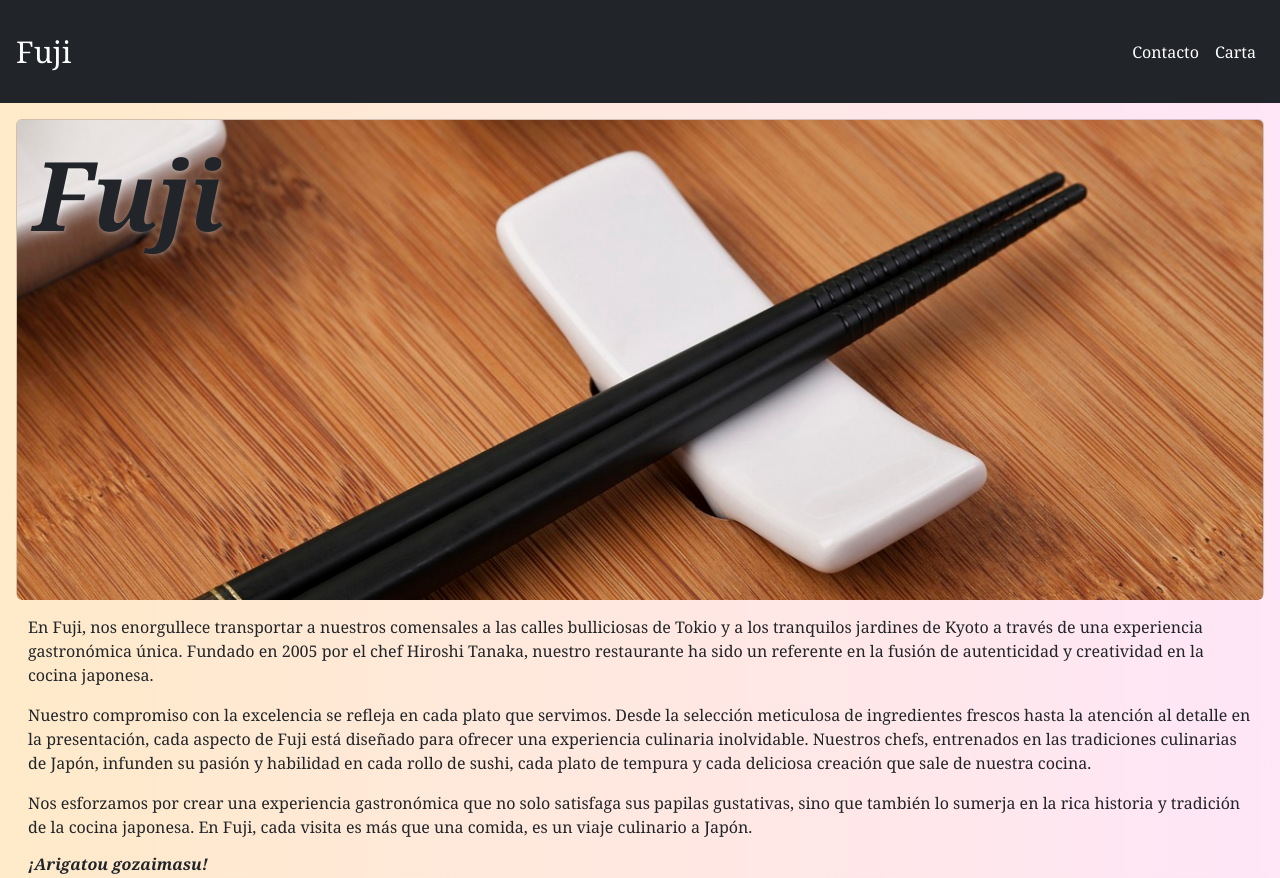
Repository: aipacheco/Fuji-restaurante
Page: index.html
An editor plug-in stored every save of this project. The page is shown before and after the next save, followed by the edit.
The browser window is 1280 px wide. The pictures show the part of the page from y = 0 to 878 px (the page is 1337 px tall).
A picture or video elsewhere on the page could not be fetched, so the positions and the page height are approximate. Some web libraries are served in a nearby version.

Above is the page before, as saved 2024-01-29 18:20:20.

### index.html
<!DOCTYPE html>
<html lang="en">
  <head>
    <meta charset="UTF-8" />
    <meta name="viewport" content="width=device-width, initial-scale=1.0" />

    <link
      href="https://cdn.jsdelivr.net/npm/bootstrap@5.3.2/dist/css/bootstrap.min.css"
      rel="stylesheet"
      integrity="sha384-T3c6CoIi6uLrA9TneNEoa7RxnatzjcDSCmG1MXxSR1GAsXEV/Dwwykc2MPK8M2HN"
      crossorigin="anonymous"
    />
    <link rel="stylesheet" href="./css/styles.css" />
    <title>Restaurante Fuji</title>
  </head>

  <body>
    <!-- Navbar -->
    <nav class="navbar navbar-expand-lg bg-dark" data-bs-theme="dark">
      <a class="navbar-brand d-flex align-items-center m-3" href="./index.html">
        <span id="icon">Fuji</span>
      </a>

      <button
        class="navbar-toggler m-3"
        type="button"
        data-toggle="collapse"
        data-target="#navbarNavDropdown"
        aria-controls="navbarNavDropdown"
        aria-expanded="false"
        aria-label="Toggle navigation"
      >
        <span class="navbar-toggler-icon"></span>
      </button>

      <div
        class="collapse navbar-collapse justify-content-end m-3"
        id="navbarNavDropdown"
      >
        <ul class="navbar-nav align-items-center">
          <li class="nav-item active m-2">
            <a href="/contact.html">Contacto</a>
          </li>
          <li class="nav-item active m-2">
            <a href="/menu.html">Carta</a>
          </li>
        </ul>
      </div>
    </nav>

    <div class="card img-restaurante m-3">
      <img
        src="./img/restaurante.jpg"
        class="card-img img-restaurante"
        alt="..."
      />
      <div class="card-img-overlay">
        <h1 class="card-title jumbotron"><i>Fuji</i></h1>
      </div>
    </div>

    <div class="row d-flex justify-content-center m-3">
      <p>
        En Fuji, nos enorgullece transportar a nuestros comensales a las
        calles bulliciosas de Tokio y a los tranquilos jardines de Kyoto a
        través de una experiencia gastronómica única. Fundado en 2005 por el
        chef Hiroshi Tanaka, nuestro restaurante ha sido un referente en la
        fusión de autenticidad y creatividad en la cocina japonesa.
      </p>

      <p>
        Nuestro compromiso con la excelencia se refleja en cada plato que
        servimos. Desde la selección meticulosa de ingredientes frescos hasta la
        atención al detalle en la presentación, cada aspecto de Fuji
        está diseñado para ofrecer una experiencia culinaria inolvidable.
        Nuestros chefs, entrenados en las tradiciones culinarias de Japón,
        infunden su pasión y habilidad en cada rollo de sushi, cada plato de
        tempura y cada deliciosa creación que sale de nuestra cocina.
      </p>

      <p>
        Nos esforzamos por crear una experiencia gastronómica que no solo
        satisfaga sus papilas gustativas, sino que también lo sumerja en la rica
        historia y tradición de la cocina japonesa. En Fuji, cada visita
        es más que una comida, es un viaje culinario a Japón.
      </p>

      <h6><strong><i>¡Arigatou gozaimasu!</i></strong></h6>
    </div>


    <div class="row d-flex justify-content-center text-center m-3">
      <div class="col-12 col-md-6 col-lg-4">
        <div class="card">
          <img
            src="https://images.pexels.com/photos/12032526/pexels-photo-12032526.jpeg?auto=compress&cs=tinysrgb&w=1260&h=750&dpr=1"
            class="card-img-top"
            alt="..."
          />
          <div class="card-body">
            <p class="card-text">
              Descubre la elegancia y autenticidad en cada rincón de nuestro
              restaurante japonés, donde cuidamos cada detalle para que disfrutes toda la experiencia.
            </p>
          </div>
        </div>
      </div>

      <div class="col-12 col-md-6 col-lg-4">
        <div class="card">
          <img
            src="https://images.pexels.com/photos/6249501/pexels-photo-6249501.jpeg"
            class="card-img-top"
            alt="..."
          />
          <div class="card-body">
            <p class="card-text">
              Sumérgete en la frescura y exquisitez del sashimi, una experiencia
              única para los amantes del pescado crudo.
            </p>
          </div>
        </div>
      </div>
      <div class="col-12 col-md-6 col-lg-4">
        <div class="card">
          <img
            src="https://images.pexels.com/photos/4071381/pexels-photo-4071381.jpeg?auto=compress&cs=tinysrgb&w=1260&h=750&dpr=1"
            class="card-img-top"
            alt="..."
          />
          <div class="card-body">
            <p class="card-text">
              Descubre la armonía de sabores en cada bocado, preparados con
              maestría por nuestros chefs expertos.
            </p>
          </div>
        </div>
      </div>
    </div>

    <script src="https://code.jquery.com/jquery-3.2.1.slim.min.js"></script>
    <script src="https://cdnjs.cloudflare.com/ajax/libs/popper.js/1.12.9/umd/popper.min.js"></script>
    <script src="https://maxcdn.bootstrapcdn.com/bootstrap/4.0.0/js/bootstrap.min.js"></script>
  </body>
</html>

### css/styles.css
body {
  font-family: Georgia, "Times New Roman", Times, serif !important;
  margin: 0;
  padding: 0;
  background: rgb(255, 234, 201);
  background: linear-gradient(
    90deg,
    rgba(255, 234, 201, 1) 0%,
    rgba(255, 230, 248, 1) 100%
  );
  /* height: 100vh;
  width: 100vw; */
}
/* div {
  border: 1px solid red;
} */
nav a{
  text-decoration: none;
  color: white;
}
#icon {
  font-size: 1.5em;
}
.img-restaurante{
  max-height: 30em;
  width: auto;
  object-fit: cover;
}
textarea {
  resize: none !important;
}
.card {
  background-color: rgba(250, 235, 215, 0.212);
  transition: 0.5s;
}
.card:hover{
  box-shadow: 6px 5px 10px 1px rgba(0,0,0,0.75);
  transition: 0.5s;
}
.card-footer{
  background-color: rgb(255, 241, 241);

}
.card-title{
  font-weight: bold;
}
.jumbotron{
  font-size: 6em;
  text-shadow: 1px 1px 4px #ffffff4e, 1px 1px 15px #ededed4b;
}

.img-menu {
  max-height: 17em;
  width: auto;
  object-fit: cover;
}
.row-menu{
  margin-top: 1em;
  margin-bottom: 1em;
}
.answer{
  text-decoration: none;
  color: rgb(16, 16, 16);
}
iframe{

  height: 20em;
  padding: 0;
  margin: 0;
}

After the next save:
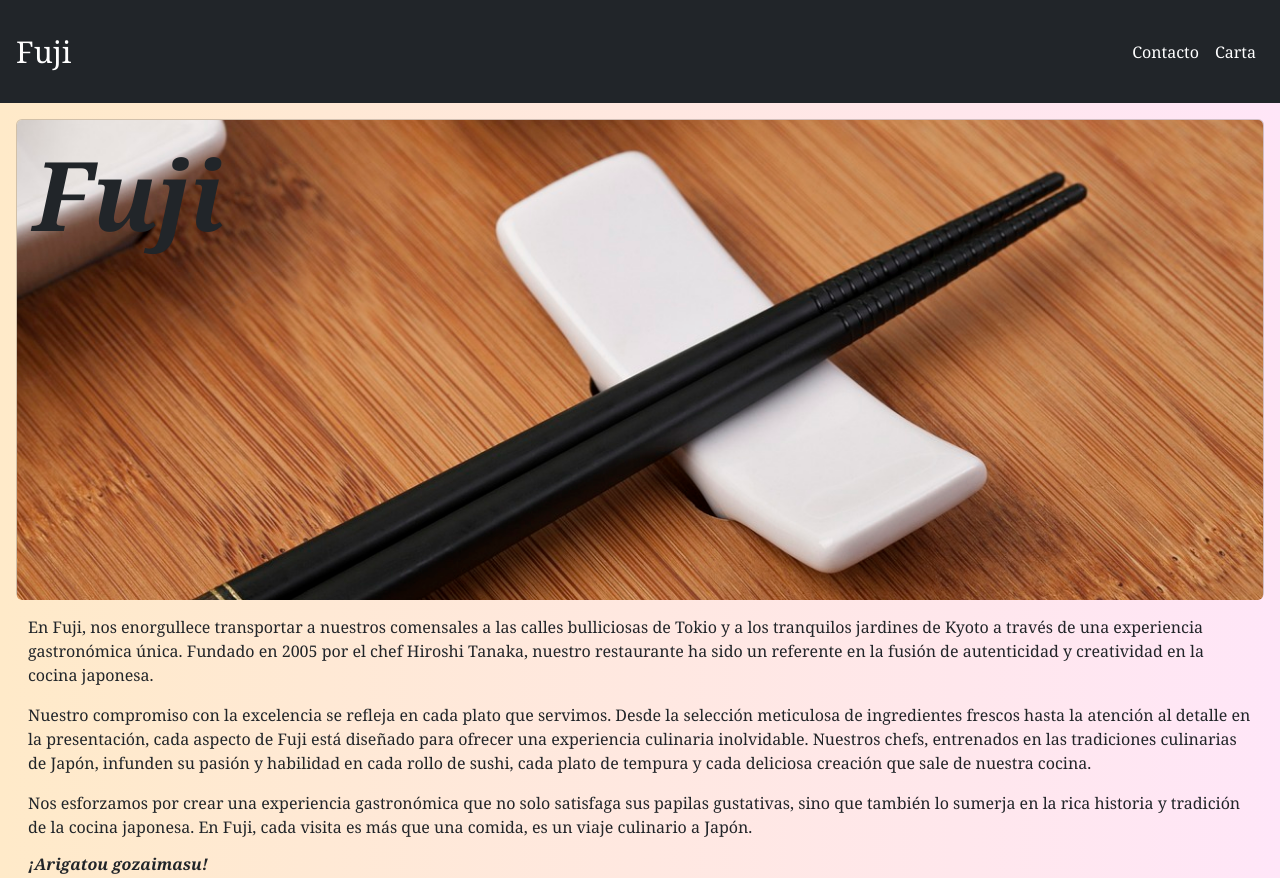
Saved 7 s later.
--- a/css/styles.css
+++ b/css/styles.css
@@ -46,7 +46,7 @@
 }
 .jumbotron{
   font-size: 6em;
-  text-shadow: 1px 1px 4px #ffffff4e, 1px 1px 15px #ededed4b;
+  /* text-shadow: 1px 1px 4px #ffffff4e, 1px 1px 15px #ededed4b; */
 }
 
 .img-menu {

After the save that followed:
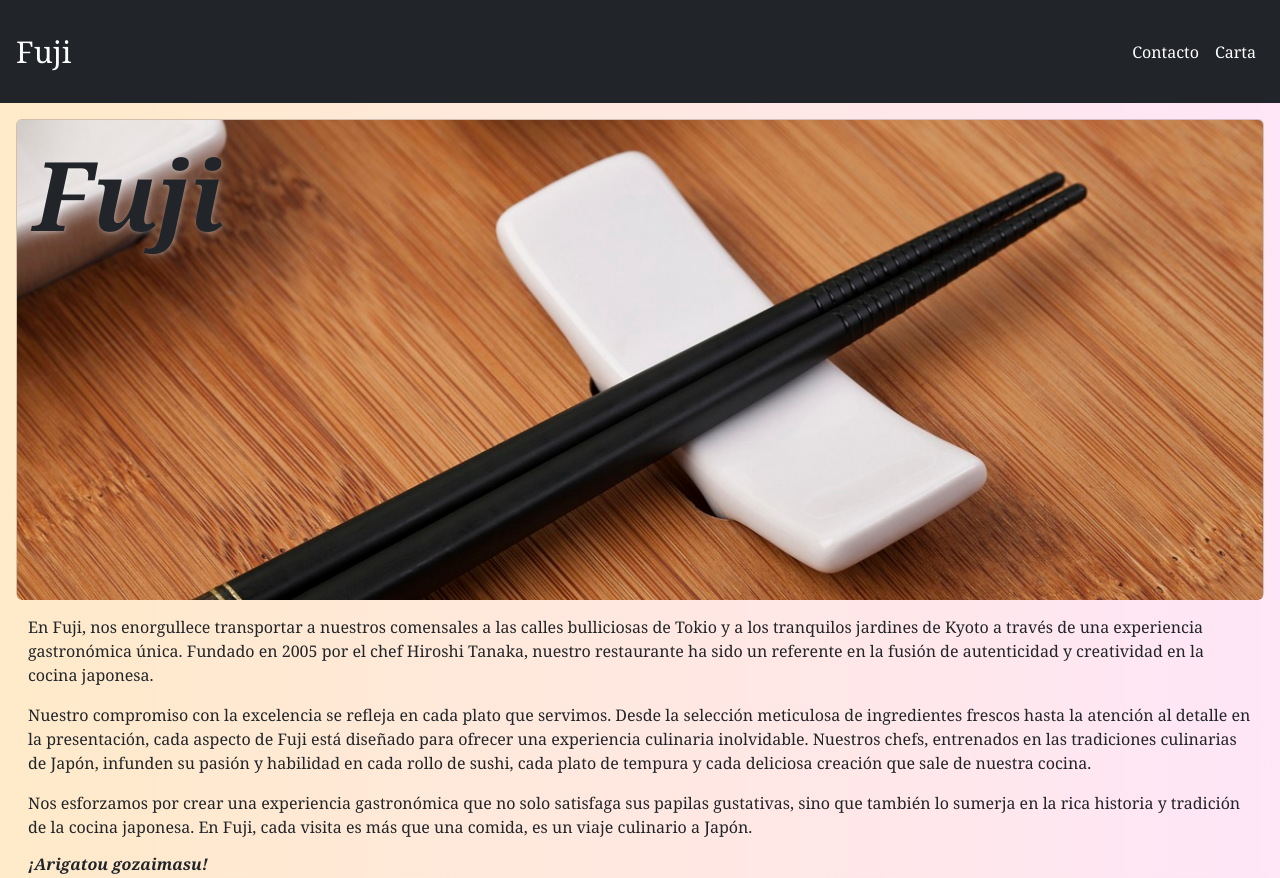
Saved 8 s later.
--- a/css/styles.css
+++ b/css/styles.css
@@ -46,7 +46,7 @@
 }
 .jumbotron{
   font-size: 6em;
-  /* text-shadow: 1px 1px 4px #ffffff4e, 1px 1px 15px #ededed4b; */
+  text-shadow: 1px 1px 4px #ffffff4e, 1px 1px 15px #ededed4b;
 }
 
 .img-menu {
